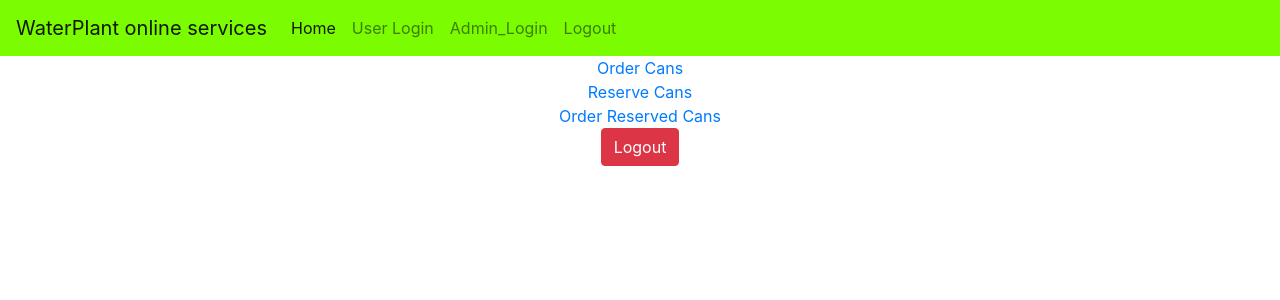
Repository: SHARMILAG97/WebApplication
Page: http://localhost/waterplant_web/useroperations.jsp
The author's editor kept a copy of each file at every save. The page is drawn from the files as they stood at one save, then again after the next save.
The browser window is 1280 px wide. The pictures show the whole page.
The page is served by Tomcat 9.

Above is the page before, as saved 2019-09-18 10:10:11.
Console error: TypeError: Cannot read properties of undefined (reading 'fn')

After the next save:
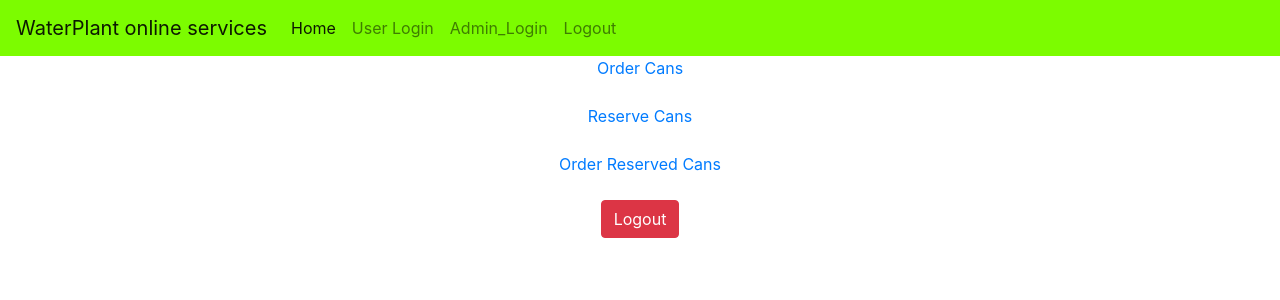
Saved 77 s later.
--- a/waterplant_web/src/main/webapp/useroperations.jsp
+++ b/waterplant_web/src/main/webapp/useroperations.jsp
@@ -17,9 +17,9 @@
 <div class="container-fluid">
         <div class="row">
             <div class="col">
-<a href="updatestock.jsp">Order Cans</a> <br/>
-	<a href="reserve.jsp">Reserve Cans</a> <br/>
-	<a href="orderreserve.jsp">Order Reserved Cans</a> <br/>
+<a href="updatestock.jsp">Order Cans</a> <br/><br>
+	<a href="reserve.jsp">Reserve Cans</a> <br/><br/>
+	<a href="orderreserve.jsp">Order Reserved Cans</a> <br/><br/>
 	<input type="button"  value="Logout" class="btn btn-danger" onclick= "logout()">
 </div>
 </div>
